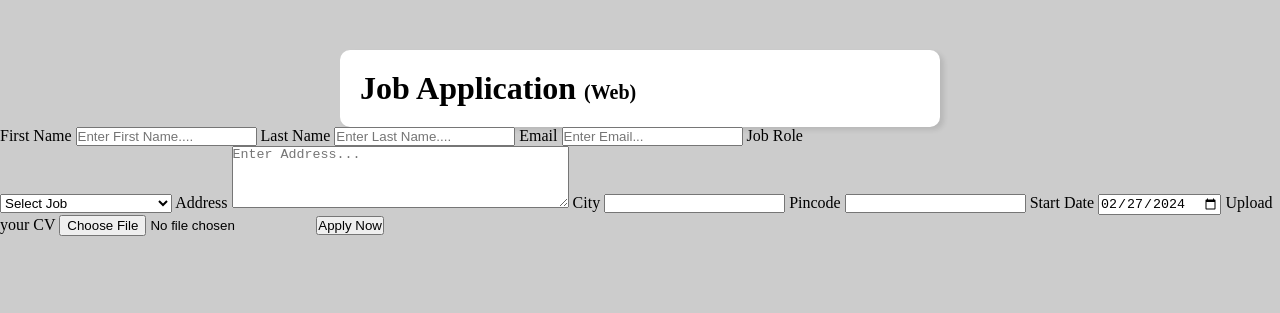
Repository: diensy/JOB-APPLICATION
Page: index.html
An editor plug-in stored every save of this project. The page is shown before and after the next save, followed by the edit.
The browser window is 1280 px wide. The pictures show the whole page.

Above is the page before, as saved 2024-02-27 20:35:46.

### index.html
<!DOCTYPE html>
<html lang="en">
  <head>
    <meta charset="UTF-8" />
    <meta name="viewport" content="width=device-width, initial-scale=1.0" />
    <title>Job Application Form</title>
    <link rel="stylesheet" href="Job_Application.css" />
  </head>
  <body>
    <div class="container">
      <div class="apply">
        <h1>Job Application <span class="web">(Web)</span></h1>
      </div>
    </div>
    <form action="">
      <div class="form_container">
        <div class="form_control">
      <label for="first">First Name</label>
      <input type="text" id="first" placeholder="Enter First Name...." />
      <label for="last">Last Name</label>
      <input type="text" id="last" placeholder="Enter Last Name...." />
      <label for="Email">Email</label>
      <input type="email" id="Email" placeholder="Enter Email..." />
      <label for="Job">Job Role</label>
    </div>
      <select name="JobRole" id="Job">
        <option value="Select Job">Select Job</option>
        <option value="JAVA">JAVA DEVELOPER</option>
        <option value="WEB">WEB DEVELOPER</option>
        <option value="BACKEND">BACKEND DEVELOPER</option>
        <option value="MERN DEVELOPER">MERN DEVELOPER</option>
      </select>

      <label for="address">Address</label>

      <textarea
        name="Address"
        id="address"
        cols="40"
        rows="4"
        placeholder="Enter Address..."
      ></textarea>

      <label for="city">City</label>

      <input type="text" id="city" />

      <label for="pin">Pincode</label>

      <input type="text" id="pin" />

      <label for="date">Start Date</label>

      <input value="2024-02-27" type="date" name="date" id="date" />

      <label for="file">Upload your CV</label>

      <input type="file" id="file" />
    </form>
    <button class="applybutton" type="submit">Apply Now</button>
  </body>
</html>

### Job_Application.css
* {
  margin: 0;
  padding: 0;
  box-sizing: border-box;
}
body {
  background-color: #ccc;
}
.apply {
  max-width: 600px;
  padding: 20px;
  background-color: white;
  margin: 0 auto;
  margin-top: 50px;
  box-shadow: 4px 3px 5px rgb(1, 1, 1, 0.1);
  border-radius: 10px;
}
.web {
  font-size: 20px;
}
.applybutton {
}

After the next save:
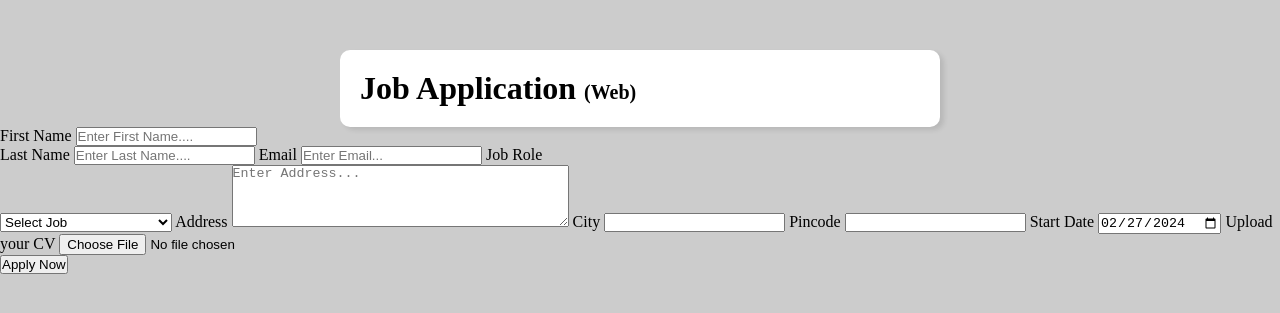
Saved 72 s later.
--- a/index.html
+++ b/index.html
@@ -15,14 +15,15 @@
     <form action="">
       <div class="form_container">
         <div class="form_control">
-      <label for="first">First Name</label>
-      <input type="text" id="first" placeholder="Enter First Name...." />
-      <label for="last">Last Name</label>
-      <input type="text" id="last" placeholder="Enter Last Name...." />
-      <label for="Email">Email</label>
-      <input type="email" id="Email" placeholder="Enter Email..." />
-      <label for="Job">Job Role</label>
-    </div>
+          <label for="first">First Name</label>
+          <input type="text" id="first" placeholder="Enter First Name...." />
+        </div>
+        <label for="last">Last Name</label>
+        <input type="text" id="last" placeholder="Enter Last Name...." />
+        <label for="Email">Email</label>
+        <input type="email" id="Email" placeholder="Enter Email..." />
+        <label for="Job">Job Role</label>
+      </div>
       <select name="JobRole" id="Job">
         <option value="Select Job">Select Job</option>
         <option value="JAVA">JAVA DEVELOPER</option>
